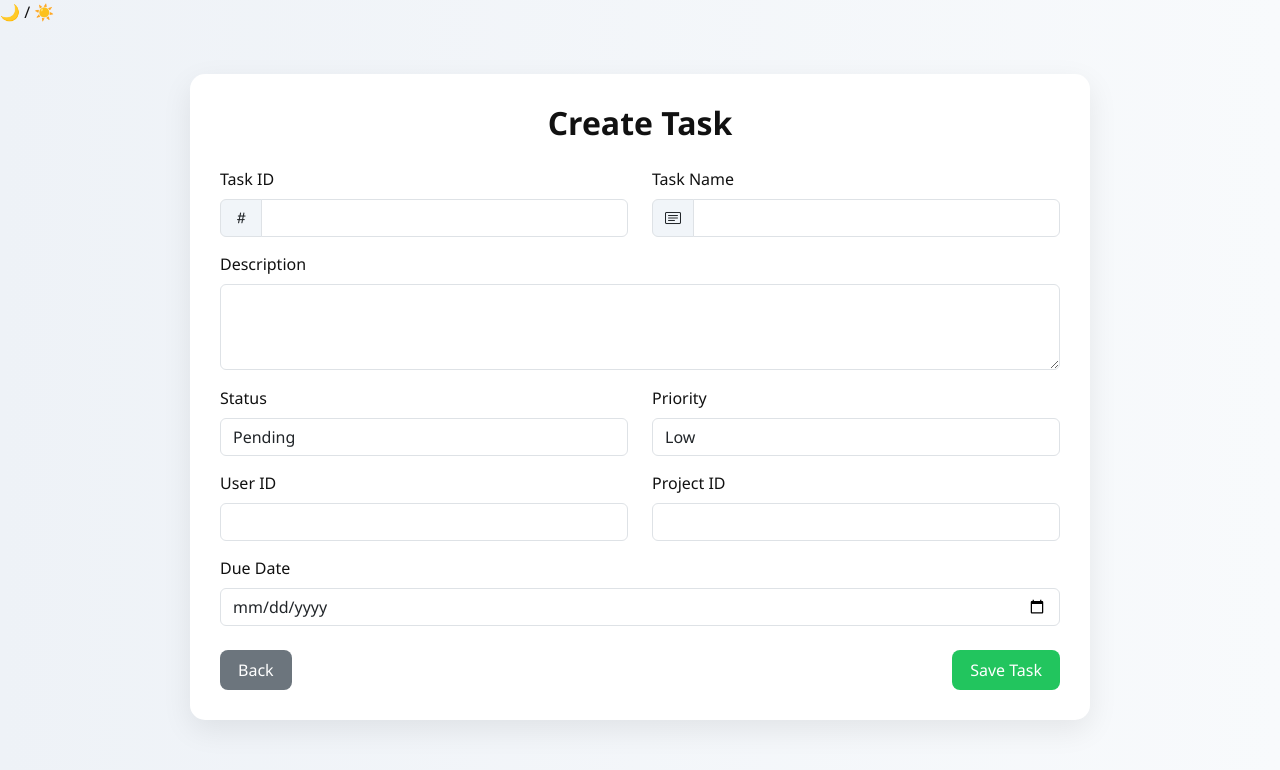
Repository: Rohan-911/task-management
Page: http://localhost/taskservice/create-task
The author's editor kept a copy of each file at every save. The page is drawn from the files as they stood at one save, then again after the next save.
The browser window is 1280 px wide. The pictures show the whole page.
The page is this project's Thymeleaf template; nobody is signed in. The template is opened directly, without the code that normally fills it, so the values that code supplies are empty.

Above is the page before, as saved 2026-04-19 12:28:48.

After the next save:
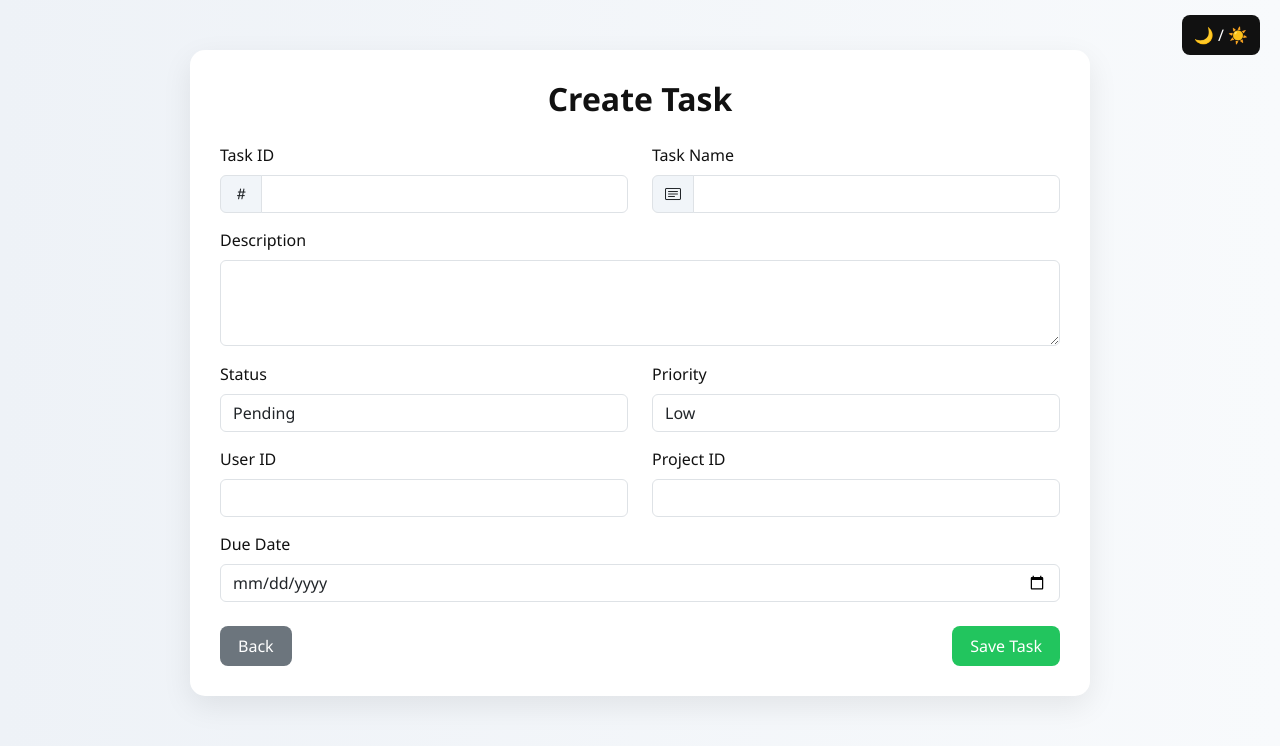
Saved 25 s later.
--- a/frontend/src/main/resources/templates/taskservice/create-task.html
+++ b/frontend/src/main/resources/templates/taskservice/create-task.html
@@ -8,43 +8,57 @@
     <link href="https://cdn.jsdelivr.net/npm/bootstrap@5.3.0/dist/css/bootstrap.min.css" rel="stylesheet">
     <link href="https://cdn.jsdelivr.net/npm/bootstrap-icons/font/bootstrap-icons.css" rel="stylesheet">
 	<style>
-	/* 🌞 LIGHT THEME (default) */
+
+	/* Toggle button */
+	.theme-btn {
+	    position: fixed;
+	    top: 15px;
+	    right: 20px;
+	    background: #111;
+	    color: white;
+	    padding: 8px 12px;
+	    border-radius: 8px;
+	    cursor: pointer;
+	    z-index: 999;
+	}
+
+	/* 🌞 DEFAULT LIGHT */
 	body {
 	    background: #f5f7fb;
 	    color: #111;
 	}
 
-	/* 🌙 DARK THEME */
-	body.dark-mode {
+	/* 🌙 DARK MODE USING CHECKBOX */
+	#themeToggle:checked ~ * {
 	    background: #0f172a;
 	    color: #e2e8f0;
 	}
 
-	/* Cards */
-	body.dark-mode .card,
-	body.dark-mode .form-card,
-	body.dark-mode .container-box {
+	/* Card */
+	#themeToggle:checked ~ * .card,
+	#themeToggle:checked ~ * .container-box {
 	    background: #1e293b;
-	    color: #e2e8f0;
+	    color: white;
 	}
 
 	/* Inputs */
-	body.dark-mode input,
-	body.dark-mode select,
-	body.dark-mode textarea {
+	#themeToggle:checked ~ * input,
+	#themeToggle:checked ~ * select,
+	#themeToggle:checked ~ * textarea {
 	    background: #334155;
 	    color: white;
 	    border: 1px solid #475569;
 	}
 
 	/* Table */
-	body.dark-mode table {
-	    color: white;
-	}
-
-	body.dark-mode thead {
+	#themeToggle:checked ~ * table {
+	    color: white;
+	}
+
+	#themeToggle:checked ~ * thead {
 	    background: #1e293b;
 	}
+
 	</style>
     <style>
         body {

After the save that followed:
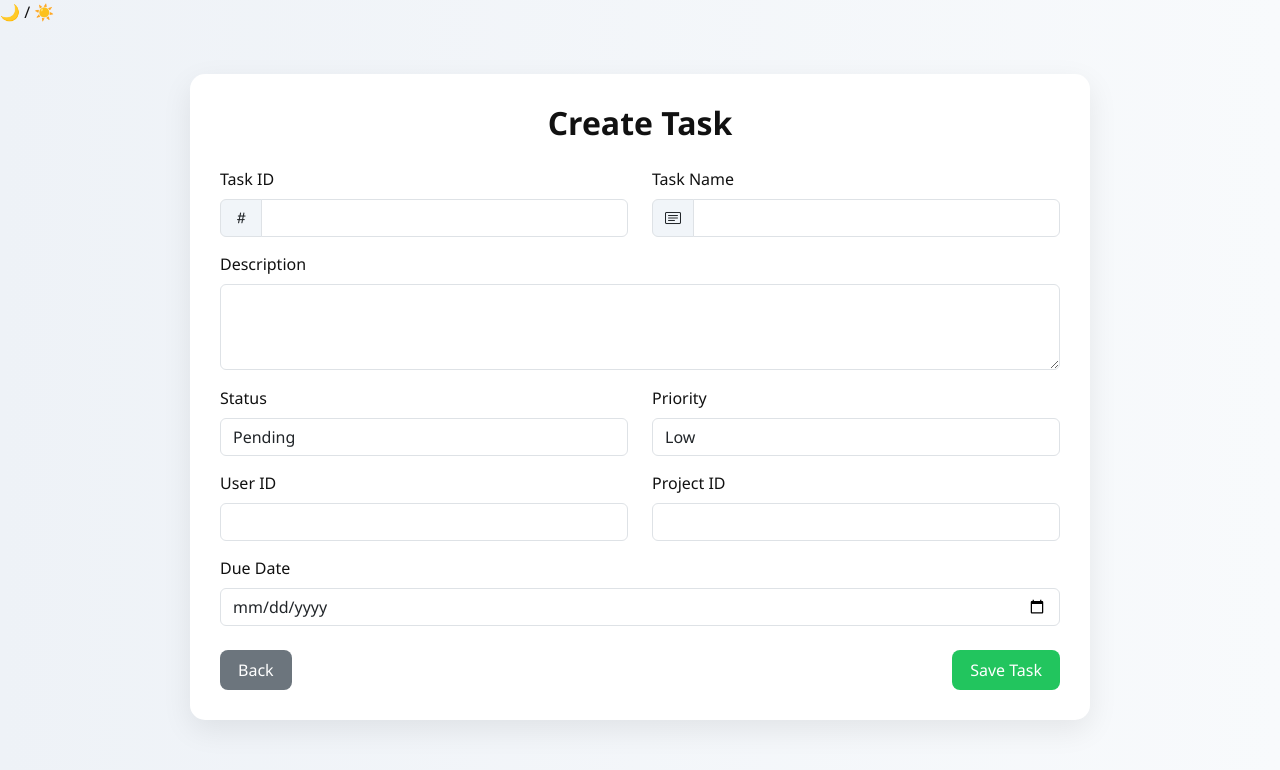
Saved 119 s later.
--- a/frontend/src/main/resources/templates/taskservice/create-task.html
+++ b/frontend/src/main/resources/templates/taskservice/create-task.html
@@ -7,56 +7,60 @@
     <!-- Bootstrap + Icons -->
     <link href="https://cdn.jsdelivr.net/npm/bootstrap@5.3.0/dist/css/bootstrap.min.css" rel="stylesheet">
     <link href="https://cdn.jsdelivr.net/npm/bootstrap-icons/font/bootstrap-icons.css" rel="stylesheet">
-	<style>
-
-	/* Toggle button */
-	.theme-btn {
-	    position: fixed;
-	    top: 15px;
-	    right: 20px;
-	    background: #111;
-	    color: white;
-	    padding: 8px 12px;
-	    border-radius: 8px;
-	    cursor: pointer;
-	    z-index: 999;
-	}
-
-	/* 🌞 DEFAULT LIGHT */
+		<style>
+
+	/* LIGHT MODE */
 	body {
 	    background: #f5f7fb;
 	    color: #111;
 	}
 
-	/* 🌙 DARK MODE USING CHECKBOX */
-	#themeToggle:checked ~ * {
+	/* DARK MODE */
+	body.dark-mode {
 	    background: #0f172a;
 	    color: #e2e8f0;
 	}
 
-	/* Card */
-	#themeToggle:checked ~ * .card,
-	#themeToggle:checked ~ * .container-box {
-	    background: #1e293b;
-	    color: white;
-	}
-
-	/* Inputs */
-	#themeToggle:checked ~ * input,
-	#themeToggle:checked ~ * select,
-	#themeToggle:checked ~ * textarea {
-	    background: #334155;
-	    color: white;
-	    border: 1px solid #475569;
-	}
-
-	/* Table */
-	#themeToggle:checked ~ * table {
-	    color: white;
-	}
-
-	#themeToggle:checked ~ * thead {
-	    background: #1e293b;
+	/* CARD */
+	body.dark-mode .form-card,
+	body.dark-mode .card,
+	body.dark-mode .container {
+	    background: #1e293b !important;
+	    color: #e2e8f0;
+	}
+
+	/* LABELS (IMPORTANT FIX) */
+	body.dark-mode label {
+	    color: #cbd5e1 !important;
+	}
+
+	/* INPUTS */
+	body.dark-mode input,
+	body.dark-mode select,
+	body.dark-mode textarea {
+	    background: #334155 !important;
+	    color: #f1f5f9 !important;
+	    border: 1px solid #475569 !important;
+	}
+
+	/* PLACEHOLDER */
+	body.dark-mode input::placeholder {
+	    color: #94a3b8;
+	}
+
+	/* BUTTONS */
+	body.dark-mode .btn-secondary {
+	    background: #475569;
+	    border: none;
+	}
+
+	body.dark-mode .btn-success {
+	    background: #22c55e;
+	}
+
+	/* REMOVE ANY FADE EFFECT */
+	body.dark-mode * {
+	    opacity: 1 !important;
 	}
 
 	</style>
